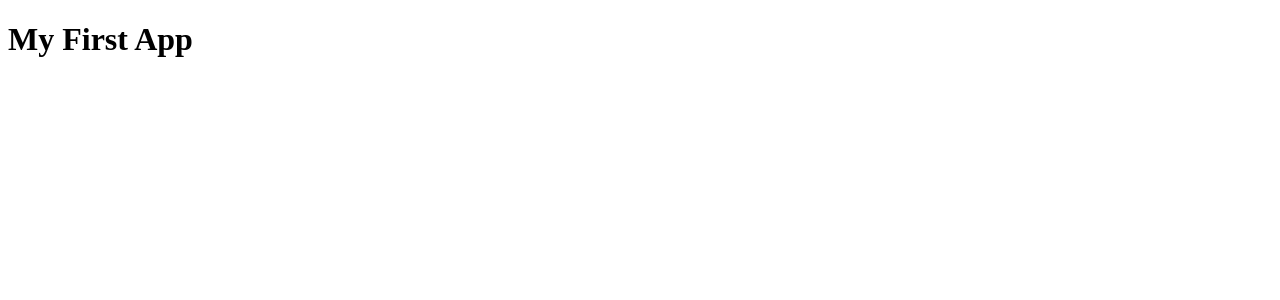
Repository: amanopyadav/WebAppDemo
Page: FirstWebApp/src/main/webapp/index.html
An editor plug-in stored every save of this project. The page is shown before and after the next save, followed by the edit.
The browser window is 1280 px wide. The pictures show the whole page.

Above is the page before, as saved 2023-08-21 04:10:46.

### FirstWebApp/src/main/webapp/index.html
<!DOCTYPE html>
<html>
<head>
<meta charset="ISO-8859-1">
<title>WEBAPP</title>
</head>
<body>
	<h1>My First App</h1>
</body>
</html>

After the next save:
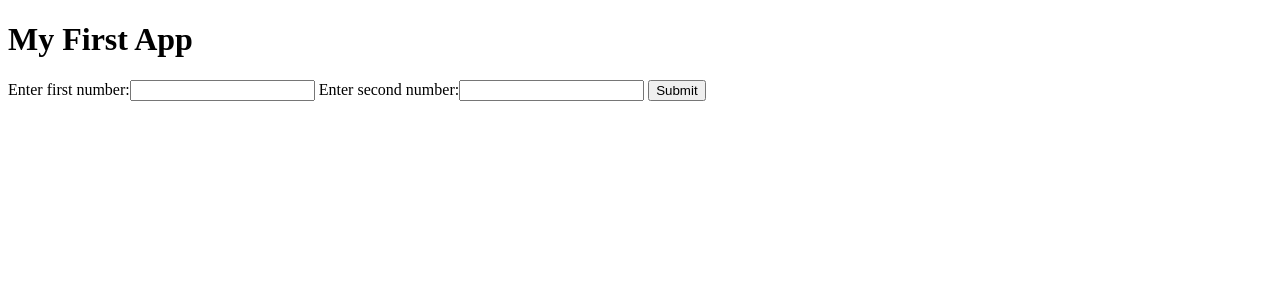
Saved 28 min 34 s later.
--- a/FirstWebApp/src/main/webapp/index.html
+++ b/FirstWebApp/src/main/webapp/index.html
@@ -6,5 +6,10 @@
 </head>
 <body>
 	<h1>My First App</h1>
+
+	<form>
+		Enter first number:<input type ="text"/><cbr>
+			Enter second number:<input type="text"/><cbr>
+				<input type="submit"/>
 </body>
 </html>
